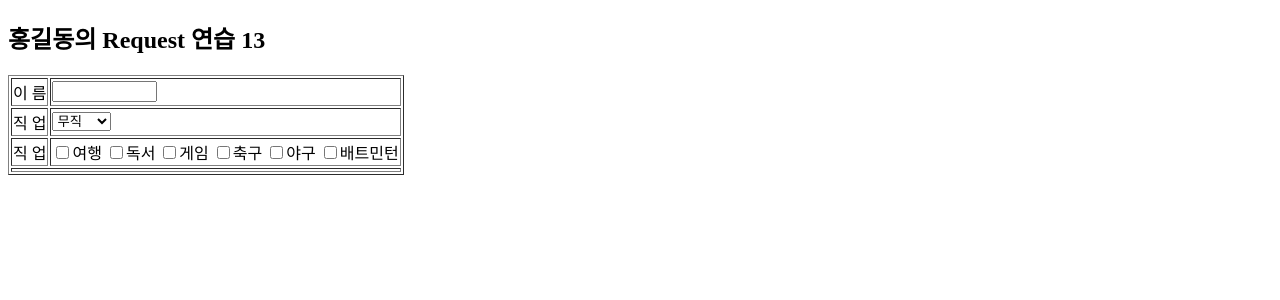
Repository: kdh4357065/3_highjava
Page: http://localhost/webTest/basic/reqNresp/requestTest01.jsp
The author's editor kept a copy of each file at every save. The page is drawn from the files as they stood at one save, then again after the next save.
The browser window is 1280 px wide. The pictures show the whole page.
The page is served by Tomcat 9. Other server files are loaded and not shown.

Above is the page before, as saved 2023-03-28 02:33:03.

### WorkSpace/webTest/src/main/webapp/basic/reqNresp/requestTest01.jsp
<%@ page language="java" contentType="text/html; charset=UTF-8"
    pageEncoding="UTF-8"%>
<!DOCTYPE html>
<html>
<head>
<!--
	HTML주석
 -->

<%--
	이것은 JSP주석입니다.
--%>

<%
	//이 영역은 JSP문서에서 JAVA명령을 사용할 수 있는 영역으로 '스크립트릿'이라고 한다.
	String name = "홍길동";
%>
<meta charset="UTF-8">
<title>Insert title here</title>
</head>
<body>
<%--

<%=변수 또는 수식 %> ==> JSP에서 변수에 저장된 값이나 수식의 결과를 출력할 때 사용한다.

--%>

<!--
	<form>태그의 속성
	1) action ==> <form>태그 영역에서 구성한 데이터를 받아서 처리할 문서명 또는 서블릿 URL
	2) method ==> 전송방식(GET, POST) ==> 기본값 : GET
	3) target ==> 응답이 나타날 프레임명
	4) enctype ==> 인코딩 방식(서버로 파일을 전송할 때는 이 속성에 'multipart/form-data'로 지정해야 한다.)
-->

<h2><%=name %>의 Request 연습 <%=3 * 2 + 7 %></h2>
<form action="/webTest/requestTest01.do" method="get">
<table border="1">
<tr>
	<td>이 름</td>
	<td><input type="text" size="10" name="username"></td>
</tr>

<tr>
	<td>직 업</td>
	<td>
		<select name="job">
			<option value="무직">무직</oprtion>
			<option value="회사원">회사원</oprtion>
			<option value="전문직">전문직</oprtion>
			<option value="학생">학생</option>
		</select>
	</td>
</tr>

<tr>
	<td>직 업</td>
	<td>
		<input type="checkbox" name="hobby" value="여행">여행
		<input type="checkbox" name="hobby" value="독서">독서
		<input type="checkbox" name="hobby" value="게임">게임
		<input type="checkbox" name="hobby" value="축구">축구
		<input type="checkbox" name="hobby" value="야구">야구
		<input type="checkbox" name="hobby" value="배트민턴">배트민턴
	</td>
</tr>

<tr>
	<td colspan="2" style="text-align:center;">
		<iniput type="submit" value="전송"><iniput type="reset" value="취소">
	</td>
</tr>

</table>
</form>

</body>
</html>

After the next save:
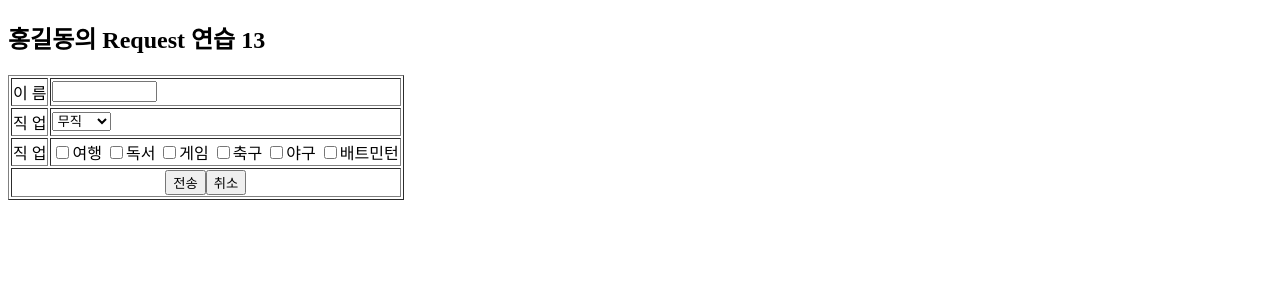
Saved 53 s later.
--- a/WorkSpace/webTest/src/main/webapp/basic/reqNresp/requestTest01.jsp
+++ b/WorkSpace/webTest/src/main/webapp/basic/reqNresp/requestTest01.jsp
@@ -67,7 +67,7 @@
 
 <tr>
 	<td colspan="2" style="text-align:center;">
-		<iniput type="submit" value="전송"><iniput type="reset" value="취소">
+		<input type="submit" value="전송"><input type="reset" value="취소">
 	</td>
 </tr>
 
